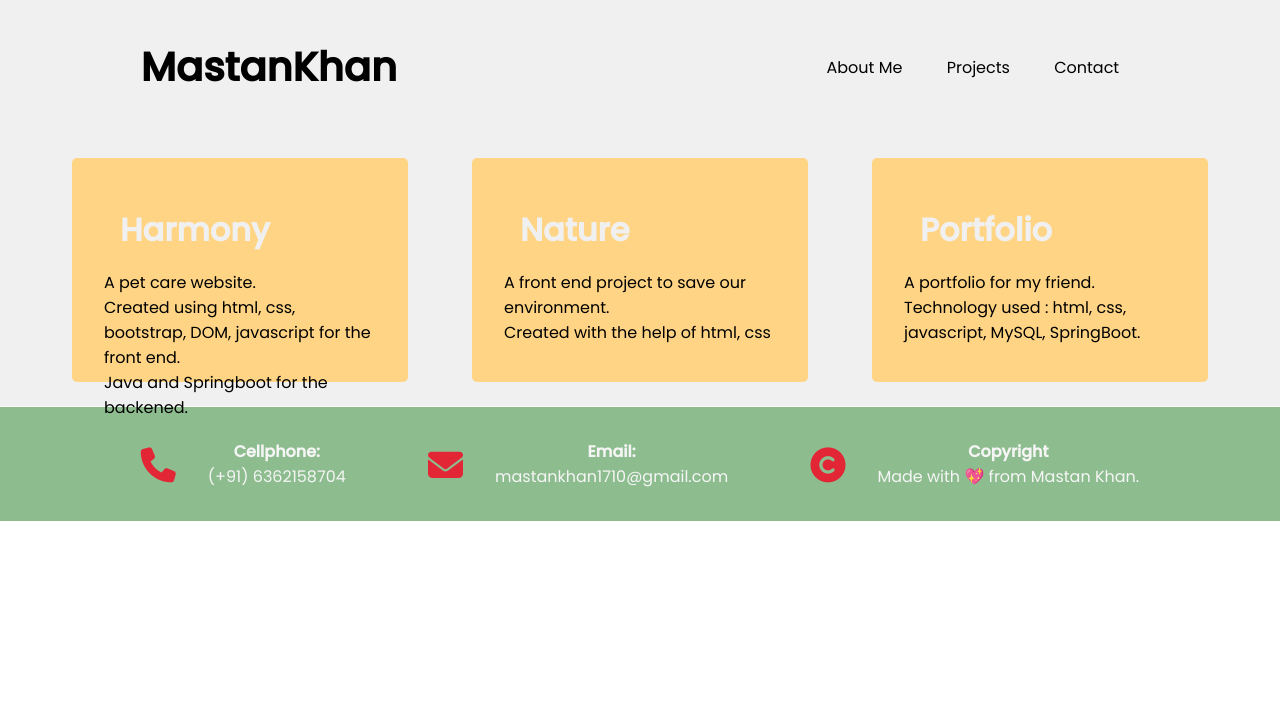
Repository: MastanKhan1/my_resume
Page: http://localhost/projects
These files come from the project's save history. The page is drawn as it stood at one moment and after the next save; the edit follows.
The browser window is 1280 px wide. The pictures show the whole page.
Some web fonts or font styles are not loaded; a fallback is used. The page is this project's Thymeleaf template; nobody is signed in. The template is opened directly, without the code that normally fills it, so the values that code supplies are empty.

Above is the page before, as saved 2023-10-06 07:02:50.

### portfolio/src/main/resources/templates/projects.html
<!DOCTYPE html>
<html lang="en">
<head>
    <meta charset="UTF-8">
    <meta name="viewport" content="width=device-width, initial-scale=1.0">
    <title>Projects</title>

    <link rel="stylesheet" href="styles.css">
    <link rel="preconnect" href="https://fonts.googleapis.com">
<link rel="preconnect" href="https://fonts.gstatic.com" crossorigin>
<!-- <link href="https://cdn.jsdelivr.net/npm/bootstrap@5.3.2/dist/css/bootstrap.min.css" rel="stylesheet" integrity="sha384-T3c6CoIi6uLrA9TneNEoa7RxnatzjcDSCmG1MXxSR1GAsXEV/Dwwykc2MPK8M2HN" crossorigin="anonymous"> -->
<link href="https://fonts.googleapis.com/css2?family=Merriweather&family=Montserrat+Alternates:wght@500&family=Montserrat+Subrayada:wght@400;700&family=Montserrat:ital,wght@0,400;0,700;1,700&family=Niconne&family=PT+Mono&family=Poppins:wght@400;500&family=Roboto&family=Sacramento&family=Tinos&display=swap" rel="stylesheet">
<link rel="stylesheet" href="https://cdnjs.cloudflare.com/ajax/libs/font-awesome/6.4.2/css/all.min.css" integrity="sha512-z3gLpd7yknf1YoNbCzqRKc4qyor8gaKU1qmn+CShxbuBusANI9QpRohGBreCFkKxLhei6S9CQXFEbbKuqLg0DA==" crossorigin="anonymous" referrerpolicy="no-referrer" />

</head>
<body>

    <section id="section1">
        <div id="toggle">
            <!-- <nav> -->
                <div>
                    <h1>MastanKhan</h1>

                </div>
                <div>
                    <ul>
                        <li><a href="">About Me</a></li>
                        <li><a href="">Projects</a></li>
                        <li><a href="">Contact</a></li>
                    </ul>
                </div>
            <!-- </nav> -->
        </div>

        <div class="projects">
            <div class="project-items" id="harmony">
                <h2>Harmony</h2>
                <p>A pet care website.</p>
                <p>Created using html, css, bootstrap, DOM, javascript for the front end.</p>
                <p>Java and Springboot for the backened.</p>

            </div>
            <div class="project-items" id="any_time_food">
                <h2>Nature</h2>
                <p>A front end project to save our environment.</p>
                <p>Created with the help of html, css</p>

            </div>

            <div class="project-items" id="portfolio">
                <h2>Portfolio</h2>
                <p>A portfolio for my friend.</p>
                <p>Technology used : html, css, javascript, MySQL, SpringBoot.</p>
            </div>

        </div>


        <div id="footer">
            <div class="footer-items">
                <div class="footer-items">

                    <i class="fa-solid fa-phone"></i>

                </div>
                <div>
                    <h4>Cellphone:</h4>
                    <p>(+91) 6362158704</p>
                </div>
            </div>
            <div class="footer-items">
                <div >

                    <i class="fa-solid fa-envelope"></i>
                </div>
                <div>
                    <h4>Email:</h4>
                    <p>mastankhan1710@gmail.com</p>
                    <!-- <p>(+91) 9901531794</p> -->
                </div>
            </div>

            <div class="footer-items">
                <div>
                    <i class="fa-solid fa-copyright"></i>
                </div>
                <div>
                    <p>
                        <h4>Copyright</h4>
                        Made with 💖 from Mastan Khan.
                    </p>
                </div>
            </div>
        </div>
        </section>

</body>
</html>

### portfolio/src/main/resources/static/styles.css
@charset "UTF-8";

*{
    margin: 0;
    padding: 0;
    font-family: 'Poppins', sans-serif;
}


#section1{
    background-color: #f0f0f0;
    border-bottom: 3px solid white;
}

#toggle{
    padding: 2.9% 11%;
    display: flex;
    flex-wrap: wrap;
    justify-content: space-between;
    align-items: center;
}


div h1{
    font-size: 2.5rem;
}

#toggle div ul li{
    display: inline;
    margin: 10px 20px;
}

div ul li a{
    text-decoration: none;
    color: black;
}

div li a{
    text-decoration: none;
}

#intro{
    padding: 2% 7% 1% 7%;
    display: flex;
    flex-wrap: wrap;
    justify-content: space-around;

}

#intro div form{
    display: inline;
}

#image{
    width: 60%;
}



.auto-type{
    color: #E32636;
    font-weight: bold;
    font-size: 20px;
}

#intro div form input{
    height: 85px;
    width: 85px;
    border-radius: 100%;
    margin: 2% 2% 0 1%;
    font-size: 1rem;
    border: 1.25px solid black;
}

input:hover{
   opacity: 0.7;
   box-shadow: 3px 2px 2px black;
}

#red{
    background-color: #FFA500;
}

#blue{
    background-color: #8dbd8f;
}

#green{
    background-color: #E32636;
}

#footer{
    padding: 2.5% 11%;
    background-color: #8dbd8f;
    /* background-color: #f0f0f0; */
    display: flex;
    flex-wrap: wrap;
    justify-content: space-between;

}
/*
hr{
    border-bottom: 5px solid white;
    border-style: none none dotted none;
    border-width: 8px;
    width: 5%;
    margin-left: 40%;
} */

.footer-items{
    text-align: center;
    display: flex;
    flex-wrap: wrap;
    justify-content: space-between;
    color: whitesmoke;
}

i{
    font-size: 35px;
    color: #E32636;
    margin-right: 2rem;
    margin-top: 0.5rem;
}

/* .footer-items h4{
    display: inline;
} */


/* ------------------------------------------------------------------------------------------------------- */

.about_me_div{
    padding: 10px 4%;
    display: flex;
    flex-wrap: wrap;
    justify-content: space-evenly;
}

#education_table, #education_table tr,#education_table tr td,#education_table thead th{
    border: 2px solid black;
    border-collapse: collapse;
    text-align: center;
    padding: 2px;
}

#about_me_img{
    width: 48.5%;
    height: 45%;
    margin-left: 20%;
    border-radius: 100%;
    background-color: #E32636;
}

#skills_div{
    padding: 10px 4%;
    display: flex;
    flex-wrap: wrap;
    justify-content: space-around;
}

#skills_div div h2, .about_me_div div h2{
    color: #E32636;
}




/* --------------------------------------------------------------------------------------------------- */

#contact_div{
    display: flex;
    flex-wrap: wrap;
    justify-content: space-between;
    padding: 10px 5%;
}

#contact_div div img{
    /* background-color: #87CEEB;
    border-radius: 100%; */
    width: 87.8%;
}

#contact_div div h1{
    color: #8dbd8f;
    font-size: 3rem;
}

.contact{
    border-radius: 5px;
    height: 25px;
    width: 277px;
    text-align: center;
    margin: 3px;
}

#text_area{
    border-radius: 5px;
    border:2px solid black;
    margin: 3px;
}

#message{
    color: white;
    background-color: #8dbd8f;
    height: 45px;
    width: 150px;
    border-radius: 6px;
    margin-left: 3rem;
    font-size: larger;
    font-weight: bold;
}

#extra_info{
    margin-top: 5rem;
}

#extra_info h2{
    margin-top: 1rem;
    font-size: 2rem;
    font-weight: lighter;
}

#extra_info div{
    margin-top: 4rem;
}

#extra_info div i{
    color: #8dbd8f;
}


/* ------------------------------------------------------------------------------------------------------- */

.projects{
    display: flex;
    flex-wrap: wrap;
    justify-content: space-evenly;
    padding: 1rem;
    border-bottom: 1px solid white;
}

.project-items{
    width: 17rem;
    height: 10rem;
    margin: 0.5rem;
    padding: 2rem;
    border-radius: 5px;
    /* background-image: linear-gradient(to bottom, #FFA500, #ffca68); */
    background-color: #ffd484;
}

.project-items h2{
    font-size: 2rem;
   color: #f0f0f0;
   padding: 1rem;
}

After the next save:
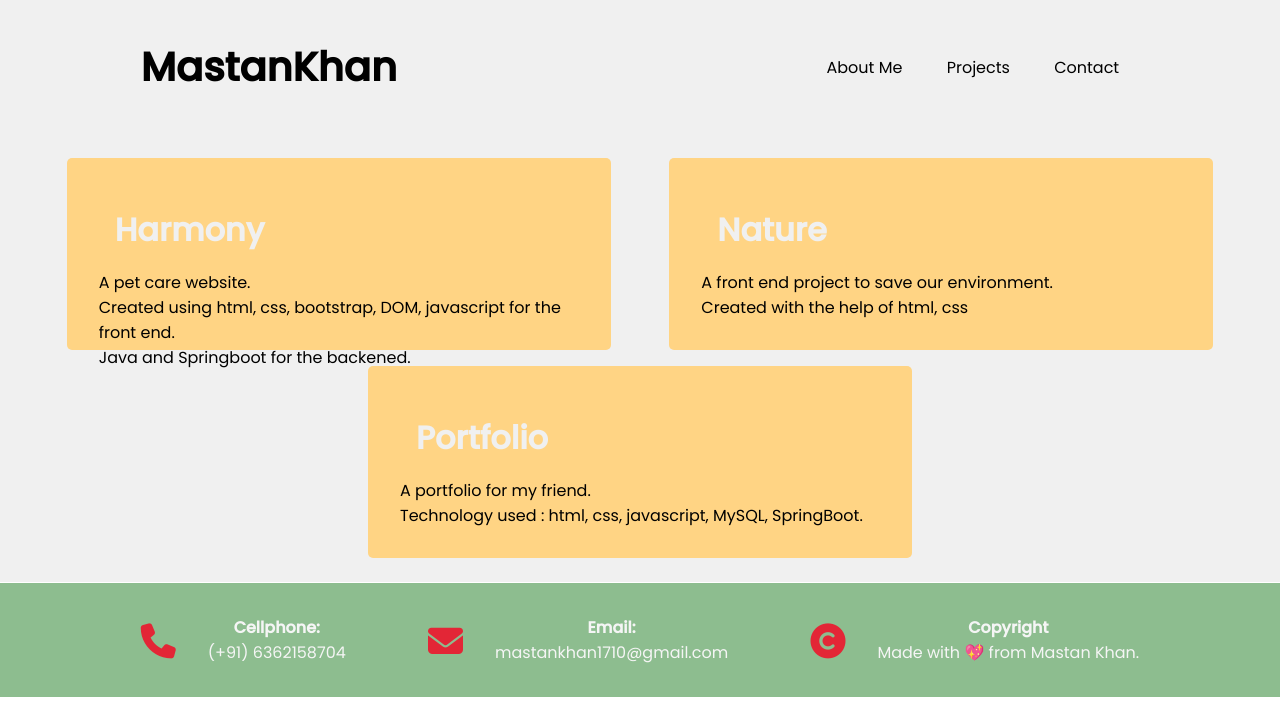
Saved 102 s later.
--- a/portfolio/src/main/resources/static/styles.css
+++ b/portfolio/src/main/resources/static/styles.css
@@ -240,8 +240,8 @@ i{
 }
 
 .project-items{
-    width: 17rem;
-    height: 10rem;
+    width: 30rem;
+    height: 8rem;
     margin: 0.5rem;
     padding: 2rem;
     border-radius: 5px;
